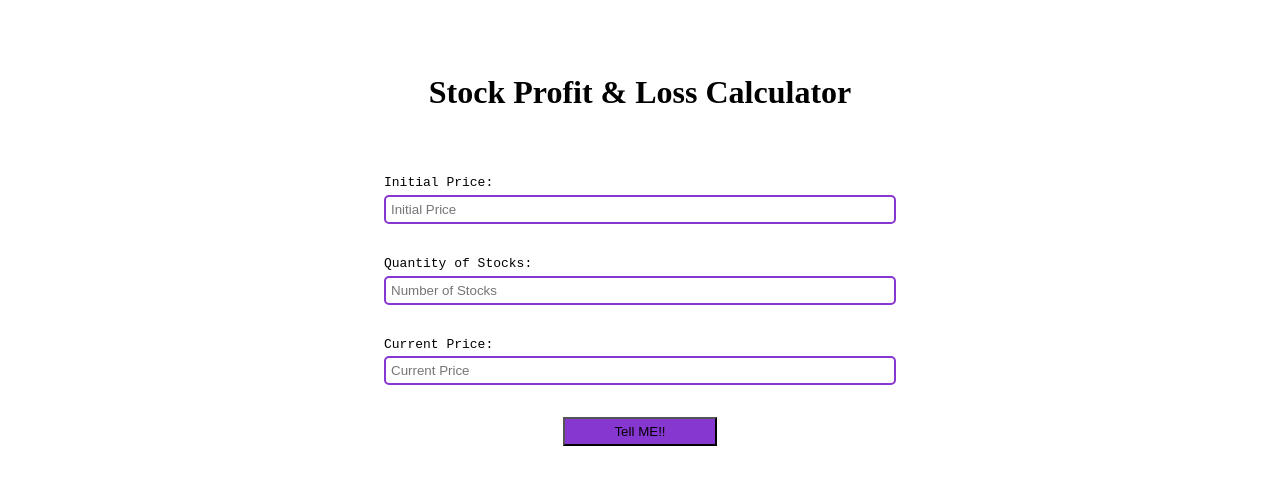
Repository: patelamancode/Stock-P-L-Calculator
Page: index.html
An editor plug-in stored every save of this project. The page is shown before and after the next save, followed by the edit.
The browser window is 1280 px wide. The pictures show the whole page.

Above is the page before, as saved 2022-11-23 18:13:09.

### index.html
<!DOCTYPE html>
<html lang="en">
<head>
    <meta charset="UTF-8">
    <meta http-equiv="X-UA-Compatible" content="IE=edge">
    <meta name="viewport" content="width=device-width, initial-scale=1.0">
    <link rel="stylesheet" href="index.css">
    <title>Stock Profit and Loss Calc</title>
</head>
<body>
    <div id="main-container">
        <h1 class="app-title">Stock Profit & Loss Calculator</h1>
        <label for="initial Price">Initial Price:</label>
        <input type="text" placeholder="Initial Price">
        <label for="number of stock">Quantity of Stocks:</label>
        <input type="text" placeholder="Number of Stocks">
        <label for="current Price">Current Price:</label>
        <input type="text" placeholder="Current Price" >
        <button id="check-btn">Tell ME!!</button>
    </div>
</body>
</html>

### index.css
* {
    margin: 0;
    padding: 0;
  }


  #main-container {
    display: flex;
    flex-direction: column;
    width: 40vw;
    margin: auto;
    margin-top: 2rem;
    padding: 10px;
    text-align: center;
  }

  .app-title {
    margin: 2rem 0;
  }
  label{
    margin-top: 2rem;
    margin-bottom: 0.3rem;
    text-align: left;
    font-family: monospace;
  }
  input{
    border: 2px solid rgb(134, 55, 207);
    border-radius: 5px;
    padding: 5px;
  }
  #check-btn{
    margin: auto;
    text-align: center;
    margin-top: 2rem;
    width: 30%;
    padding: 5px 0px;
    background-color:rgb(134, 55, 207);
  }

After the next save:
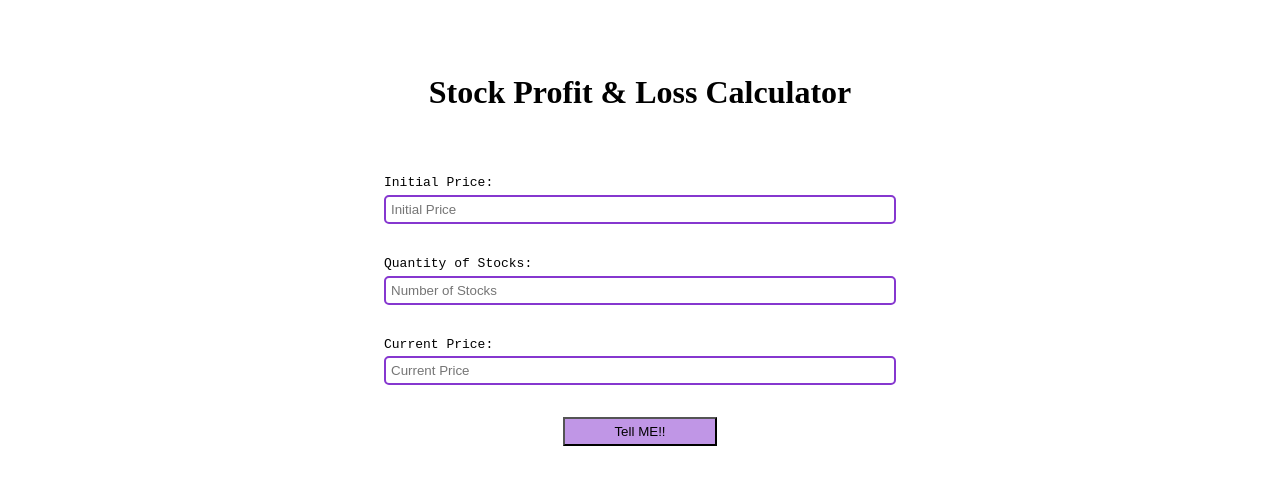
Saved 9 s later.
--- a/index.css
+++ b/index.css
@@ -34,5 +34,5 @@
     margin-top: 2rem;
     width: 30%;
     padding: 5px 0px;
-    background-color:rgb(134, 55, 207);
+    background-color:rgba(134, 55, 207, 0.521);
   }
